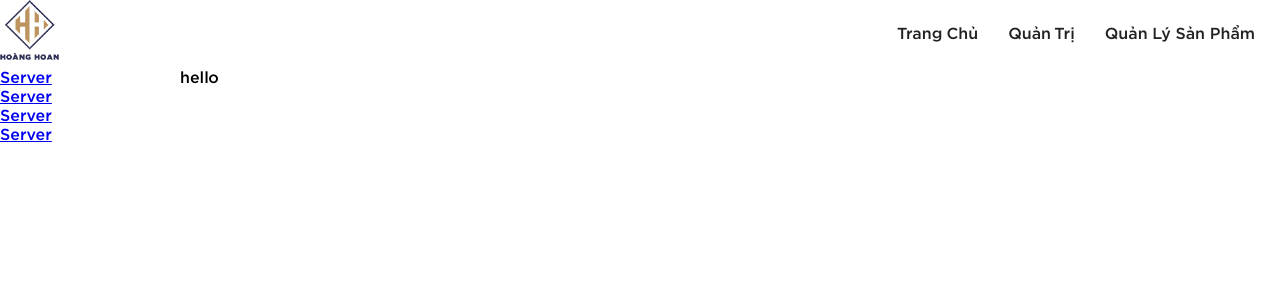
Repository: LDDUNG2003/prj_2
Page: /adminLocal
An editor plug-in stored every save of this project. The page is shown before and after the next save, followed by the edit.
The browser window is 1280 px wide. The pictures show the whole page.
The project was rebuilt for these pictures with package versions that can differ from the ones it lists, and the page was loaded fresh each time. Also part of the build but not shown: src/layouts/header/itemsHeader/index.js, src/layouts/header/loginHeader/index.js, src/layouts/header/index.js, src/layouts/footer/index.js, src/layouts/defaultLayout/index.js, src/font-awesome/index.js, src/pages/home/setProductSlick/index.js, src/pages/home/index.js and 9 more.

Above is the page before, as saved 2023-10-02 15:43:32.

### public/index.html
<!doctype html>
<html lang="en">
  <head>
    <meta charset="utf-8">
    <meta name="viewport" content="width=device-width, initial-scale=1">
    <link rel="shortcut icon" href="./img/logo.png">
    <link rel="preconnect" href="https://fonts.googleapis.com">
    <link rel="preconnect" href="https://fonts.gstatic.com" crossorigin>
    <link href="https://fonts.googleapis.com/css2?family=Roboto:ital,wght@0,100;0,300;0,400;0,500;1,100;1,400;1,500;1,700;1,900&display=swap" rel="stylesheet">
    <title>Nội Thất Hoàng Hoan</title>
  </head>
  <body>
    <div id="root"></div>
  </body>
</html>

### src/index.js
import React from 'react';
import ReactDOM from 'react-dom';
import App from './App';
import './index.css';

const root = ReactDOM.createRoot(document.getElementById('root'));
root.render(
  <React.StrictMode>
    <App />
  </React.StrictMode>,
);

### src/App.js
import React, { Component, Fragment } from 'react';
import { BrowserRouter as Router , Routes, Route } from 'react-router-dom';
import defaultLayout from './layouts/defaultLayout';
import AdminLayout from './layouts/AdminLayout';
import { publicRoute } from './routes';
import "slick-carousel/slick/slick.css";
import "slick-carousel/slick/slick-theme.css";
import './styles/css/responsive.css';

class App extends Component {
  render() {
    return (
      <Router>
        <div className="App">
        <Routes>
          {publicRoute.map((route ,index) => {
              const Page = route.component
              let Layout
              if(route.layout === 'notlayout'){
                Layout = Fragment
              }else if(route.layout === 'adminLayout'){
                Layout = AdminLayout
              }
              else{
                Layout = defaultLayout
              }
              return (<Route
                key={index}
                path={route.path}
                element={
                <Layout>
                    <Page/>
                  </Layout>
                }/>);
            })}
        </Routes>
        </div>
      </Router>
    );
  }
}

export default App;

### src/index.css
@font-face {
    font-family: "Gotham-Medium";
    src: url(./styles/front/Gotham-Medium.otf);
}

@font-face {
    font-family: "Gotham-Thin";
    src: url(./styles/front/Gotham-Thin.otf);
}

@font-face {
    font-family: "Gotham-Ultra";
    src: url(./styles/front/Gotham-Ultra.otf);
}

### src/layouts/AdminLayout/index.js
import Header from './Header'
import AdminMenu from './AdminMenu';

function AdminLayout({children}) {
    return (
       <>
       <Header/>
       <div className="admin-content">
        <AdminMenu/><div className="content-admin">
          {children}
        </div>
       </div>
       </>
     );
}

export default AdminLayout;

### src/routes/index.js
import Home from '~/pages/home'
import News from '~/pages/news'
import Contact from '~/pages/contact'
import page404 from '~/pages/notfoud'
import Login from '~/pages/login'
import AdminLocal from '~/pages/adminPage'
import Upload from '~/pages/adminPage/upLoad'
import LocaPage from '~/pages/adminPage/pageLocal'


const publicRoute = [
    {path: '/',component: Home},
    {path: '/news',component: News},
    {path: '/contact',component: Contact},
    {path: '/*',component: page404, layout: 'notlayout'},
    {path: '/login',component: Login,layout: 'notlayout'},
    {path: '/adminLocal',component:AdminLocal,layout: 'adminLayout'},
    {path: '/AdminUpLoad',component:Upload , layout: 'adminLayout'},
    {path: '/pageLocalAdmin',component:LocaPage, layout: 'adminLayout'}
]

const AdminRoute = [
]

export  { AdminRoute, publicRoute}

### src/styles/css/responsive.css
@media (min-width:767px) {
    #mobileMenu {
        display: none;
    }
}

@media (max-width: 767px) {
    #root {
        margin: 0px 5px;
    }
    #mobileMenu {
        display: block;
        text-align: center;
    }
    .logo--block {
        width: 100%;
        display: flex;
        align-items: center;
        justify-content: space-between;
    }
    .navBar {
        display: block;
        height: auto;
    }
    .choose-item {
        width: 100%;
    }
    .menu-mobile {
        width: 40px;
        height: 40px;
        padding: 10px;
        border: 0px;
        background-color: var(--primary-color);
    }
    .news--item-container {
        font-size: 11px;
    }
    .content--title::before {
        display: none;
    }
    .new--item-heading {
        font-size: 14px;
    }
    .navBar__list {
        display: none;
        width: 100%;
    }
    .navBar__list-item {
        padding: 4px;
        border-bottom: 2px solid #ccc;
    }
    .about__us {
        background: none;
    }
    .about__us::before {
        background: none;
    }
    .content__focut {
        position: static;
    }
    .focut--item {
        width: 50%;
    }
    .content__banner {
        width: 100%;
    }
    .banner--content {
        display: none;
    }
    .slick-prev:before,
    .slick-next:before {
        display: none;
    }
    .about--background {
        display: none;
    }
    .about__us-bag {
        position: static;
    }
    .about--block {
        display: block;
    }
    .about--content {
        width: 100%;
        color: var(--text-color);
    }
    .about--content img {
        width: 100%;
    }
    .content--title {
        color: var(--text-color);
    }
    .news--contain {
        display: block;
    }
    .mobile-display {
        display: none;
    }
    .news--contain--item {
        width: 100%;
    }
    .news--list-item {
        width: 100%;
        overflow: hidden;
    }
    .news--list-item img {
        height: 100%;
    }
    .partner--list {
        flex-wrap: wrap;
    }
    .partner--item {
        width: 50%;
    }
    .content--contact {
        display: none;
    }
    .footer__lable {
        display: block;
    }
    .footer--list {
        width: 100%;
        padding: 10px 0px;
    }
    .footer--list-item {
        width: 100%;
        padding: 5px 0px;
    }
    /* news responsive */
    .news--content-list {
        margin: 0px 20px;
    }
    .news--content-item {
        width: 100%;
    }
    .featured--list {
        width: 100%;
        margin: 10px;
        flex-wrap: wrap;
    }
    .featured--item {
        width: 100%;
    }
}

### src/styles/css/base.css
* {
    padding: 0px;
    margin: 0px;
    font-family: "Gotham-Medium";
    text-align: justify;
}

:root {
    --primary-color: #bd945f;
    --text-color: #222222;
}


/* font setting */

.App {
    width: 100%;
    overflow: hidden;
    background-color: #fff;
}

.main {
    width: 100%;
}

.header {
    padding: 10px 0px;
    margin: auto;
    width: 100%;
    max-width: 1200px;
}

.navBar {
    display: flex;
    width: 100%;
    justify-content: space-between;
}

.logo {
    height: 60px;
}

.navBar__list {
    display: flex;
    list-style: none;
    align-items: center;
}

.navBar__list-item {
    margin: 0 10px;
    position: relative;
}

.navBar__list--link {
    text-transform: uppercase;
    font-size: 16px;
    color: var(--text-color);
    text-decoration: none;
}

.navBar__list-item::before {
    content: '';
    background-color: var(--primary-color);
    display: block;
    height: 4px;
    margin-top: 7px;
    width: 0px;
    top: 75%;
    position: absolute;
    transition: 0.3s;
    z-index: 1;
}

.Login--navBar {
    list-style: none;
    position: absolute;
    z-index: 1;
    width: 240px;
    background-color: #fff;
    padding: 15px;
    right: 0px;
    top: 150%;
    border-radius: 5px;
    border: solid 1px #ccc;
    display: none;
}

.Login--navBar::after {
    content: '';
    width: 120px;
    display: block;
    height: 9px;
    position: absolute;
    top: -9px;
    right: 0px;
}

.navBar__list-item:hover .Login--navBar {
    display: block;
}

.Login__list-item {
    padding: 4px 0px;
}

.select--item::before {
    content: '';
    background-color: var(--primary-color);
    display: block;
    height: 4px;
    margin-top: 7px;
    width: 65px;
    top: 75%;
    position: absolute;
    z-index: 1;
}

.navBar__list-item:hover::before {
    width: 65px;
}

.featured--content {
    padding-top: 10px;
    text-align: center;
}

.featured-name {
    display: contents;
    font-size: 18px;
    text-transform: capitalize;
}

.evaluate--list {
    list-style: none;
    display: flex;
    justify-content: center;
}

.evaluate--list li {
    padding: 5px;
    margin: 0;
}

.note-product {}

.content--title {
    font-size: 32px;
    padding: 50px 0px;
    text-align: center;
    position: relative;
    text-transform: uppercase;
}

.content--title::before {
    content: '';
    background-color: var(--primary-color);
    width: 90px;
    height: 9px;
    position: absolute;
    top: 70%;
    right: 47%;
}

.content__featured {
    width: 100%;
    max-width: 1200px;
    margin: auto;
    padding-bottom: 30px;
}

.featured--list {
    width: 100%;
    list-style: none;
    display: flex;
    text-align: center;
}

.featured--item {}

.featured--img {
    width: 80%;
    margin: auto;
}

.price-product {
    text-align: center;
    padding: 7px 0px;
    font-weight: 800;
    font-size: 16px;
}

.slick-prev:before,
.slick-next:before {
    color: var(--primary-color) !important;
    width: 15px;
    display: inline-block;
}

.footer {
    padding: 20px 0px;
    background-color: black;
}

.footer__lable {
    max-width: 1200px;
    margin: auto;
    display: flex;
    width: 100%;
    justify-content: space-around;
    color: #fff;
    justify-content: space-between;
}

.footer--list {
    list-style: none;
    width: 32%;
}

.footer--list-item {
    font-size: 16px;
    padding-top: 8px;
    text-transform: capitalize;
    font-family: initial;
}

.footer--list-heading {
    font-size: 18px;
    font-weight: 300;
    text-transform: uppercase;
    position: relative;
    padding-bottom: 0px;
    font-family: 'Gotham-Medium';
}

.footer--list-heading::after {
    content: '';
    background-color: var(--primary-color);
    width: 110px;
    padding-top: 6px;
    position: absolute;
    left: 0px;
    bottom: -8px;
}

.footer--inheri {
    text-transform: uppercase;
    font-weight: 600;
    font-size: 18px;
}

.footer--list-contact {
    display: flex;
    list-style: none;
}

.fooder--list-contact-item {
    width: 16px;
    padding: 5px;
}

### src/layouts/AdminLayout/Header/index.js
import { Link } from "react-router-dom";
import Logo from "~/logo.png"
import '../styles/index.css'
function Header() {
    return (
        <nav className="admin_laybel">
            <Link to="/"><img className="logo" src={Logo} alt="" /></Link>
            <ul className="admin-List">
                <li className='Admin-item'><Link className="admin-Link" to='/'>Trang Chủ</Link></li>
                <li className='Admin-item'><Link className="admin-Link" to="/pageLocalAdmin">Quản Trị</Link></li>
                <li className='Admin-item'><Link className="admin-Link" to='/ProductManagement'> Quản lý Sản phẩm</Link></li>

            </ul>
        </nav>
     );
}

export default Header;

### src/layouts/AdminLayout/AdminMenu/index.js
import { Link } from "react-router-dom";

function AdminMenu() {
    return (
        <nav className="Menu-Admin">
            <ul className="Menu-List">
                <li className="Menu-List--item"><Link to='/'>Server</Link></li>
                <li className="Menu-List--item"><Link to='/'>Server</Link></li>
                <li className="Menu-List--item"><Link to='/'>Server</Link></li>
                <li className="Menu-List--item"><Link to='/'>Server</Link></li>
            </ul>
        </nav>
    );
}

export default AdminMenu;

### src/pages/adminPage/index.js
import { Link } from "react-router-dom";

function AdminLocal() {
    function Redirect() {
        window.location="http://localhost:3000/";
     }

    var adminAccount = true;
    if(adminAccount) {
        return (
            <div className="content">hello</div>
        );
    }else{
        Redirect()
        console.log("null admin accound")
    }
}

export default AdminLocal;

### src/layouts/AdminLayout/styles/index.css
.admin_laybel {
    display: flex;
    width: 100%;
    max-width: 1300px;
    justify-content: space-between;
    margin: auto;
}

.admin-List {
    display: flex;
    padding: 10px;
    list-style: none;
}

.Admin-item {
    padding: 15px;
}

.admin-Link {
    font-size: 1rem;
    color: var(--text-color);
    text-decoration: none;
    text-transform: capitalize;
}

.admin-content {
    display: flex;
    width: 100%;
    max-width: 1300px;
    margin: auto;
}

.Menu-Admin {
    width: 180px;
    height: 100%;
}

.Menu-List {
    list-style: none;
}

### src/pages/notfoud/index.css
* {
    -webkit-box-sizing: border-box;
    box-sizing: border-box;
}

body {
    padding: 0;
    margin: 0;
}

#notfound {
    position: relative;
    height: 100vh;
}

#notfound .notfound {
    position: absolute;
    left: 50%;
    top: 50%;
    -webkit-transform: translate(-50%, -50%);
    -ms-transform: translate(-50%, -50%);
    transform: translate(-50%, -50%);
}

.notfound {
    max-width: 520px;
    width: 100%;
    line-height: 1.4;
    text-align: center;
}

.notfound .notfound-404 {
    position: relative;
    height: 200px;
    margin: 0px auto 20px;
    z-index: -1;
}

.notfound .notfound-404 h1 {
    font-family: 'Montserrat', sans-serif;
    font-size: 236px;
    font-weight: 200;
    margin: 0px;
    color: #211b19;
    text-transform: uppercase;
    position: absolute;
    left: 50%;
    top: 50%;
    -webkit-transform: translate(-50%, -50%);
    -ms-transform: translate(-50%, -50%);
    transform: translate(-50%, -50%);
}

.notfound .notfound-404 h2 {
    font-family: 'Montserrat', sans-serif;
    font-size: 28px;
    font-weight: 400;
    text-transform: uppercase;
    color: #211b19;
    background: #fff;
    padding: 10px 5px;
    margin: auto;
    display: inline-block;
    position: absolute;
    bottom: 0px;
    left: 0;
    right: 0;
}

.notfound a {
    font-family: 'Montserrat', sans-serif;
    display: inline-block;
    font-weight: 700;
    text-decoration: none;
    color: #fff;
    text-transform: uppercase;
    padding: 13px 23px;
    background: #ff6300;
    font-size: 18px;
    -webkit-transition: 0.2s all;
    transition: 0.2s all;
}

.notfound a:hover {
    color: #ff6300;
    background: #211b19;
}

@media only screen and (max-width: 767px) {
    .notfound .notfound-404 h1 {
        font-size: 148px;
    }
}

@media only screen and (max-width: 480px) {
    .notfound .notfound-404 {
        height: 148px;
        margin: 0px auto 10px;
    }
    .notfound .notfound-404 h1 {
        font-size: 86px;
    }
    .notfound .notfound-404 h2 {
        font-size: 16px;
    }
    .notfound a {
        padding: 7px 15px;
        font-size: 14px;
    }
}

### src/styles/css/login.css
.login-page {
    width: 100%;
    height: 100%;
    padding: auto;
    padding: 10% 0 10% 0;
    margin: auto;
    background-color: #87c98b;
}

.form {
    position: relative;
    z-index: 1;
    background: #ffffff;
    max-width: 360px;
    margin: 0 auto 100px;
    padding: 45px;
    text-align: center;
    box-shadow: 0 0 20px 0 rgba(0, 0, 0, 0.2), 0 5px 5px 0 rgba(0, 0, 0, 0.24);
}

.form input {
    font-family: "Roboto", sans-serif;
    outline: 0;
    background: #f2f2f2;
    width: 100%;
    border: 0;
    margin: 0 0 15px;
    padding: 15px;
    box-sizing: border-box;
    font-size: 14px;
}

.form button {
    font-family: "Roboto", sans-serif;
    text-transform: uppercase;
    outline: 0;
    background: #4CAF50;
    width: 100%;
    border: 0;
    padding: 15px;
    color: #FFFFFF;
    font-size: 14px;
    -webkit-transition: all 0.3 ease;
    transition: all 0.3 ease;
    cursor: pointer;
}

.form button:hover,
.form button:active,
.form button:focus {
    background: #43A047;
}

.form .message {
    margin: 15px 0 0;
    color: #b3b3b3;
    font-size: 12px;
}

.form .message a {
    color: #4CAF50;
    text-decoration: none;
}

.form .register-form {
    display: none;
}

.container {
    position: relative;
    z-index: 1;
    max-width: 300px;
    margin: 0 auto;
}

.container:before,
.container:after {
    content: "";
    display: block;
    clear: both;
}

.container .info {
    margin: 50px auto;
    text-align: center;
}

.container .info h1 {
    margin: 0 0 15px;
    padding: 0;
    font-size: 36px;
    font-weight: 300;
    color: #1a1a1a;
}

.container .info span {
    color: #4d4d4d;
    font-size: 12px;
}

.container .info span a {
    color: #000000;
    text-decoration: none;
}

.container .info span .fa {
    color: #EF3B3A;
}

body {
    /* background: #76b852; */
    /* fallback for old browsers */
    /* background: rgb(141, 194, 111);
    background: linear-gradient(90deg, rgba(141, 194, 111, 1) 0%, rgba(118, 184, 82, 1) 50%); */
    font-family: "Roboto", sans-serif;
    -webkit-font-smoothing: antialiased;
    -moz-osx-font-smoothing: grayscale;
}

### src/styles/css/home.css
.content {
    width: 100%;
    /* max-width: 1500px; */
    margin: auto;
}

.content__banner {
    width: 100%;
    position: relative;
}

.content--list-image {
    width: 100%;
    max-width: 1500px;
    margin: auto;
}

.content--image {
    width: 100%;
}

.banner--content {
    position: absolute;
    top: 10%;
    left: 15%;
}

.banner--content-text-title {
    text-transform: uppercase;
    font-family: 800;
    font-family: "gotham-utral";
    font-size: 25px;
}

.banner--content-text {
    font-size: 18px;
    color: var(--text-color);
    width: 420px;
}

.banner--button {
    padding: 20px;
    color: aliceblue;
    background-color: var(--primary-color);
    border: none;
    font-family: "gotham-utral";
    font-size: 18px;
    cursor: pointer;
}

.content__focut {
    position: relative;
    background-color: #ffffff;
    top: -60px;
    max-width: 1200px;
    width: 100%;
    margin: auto;
}

.focut--list {
    margin: auto;
    display: flex;
    width: 100%;
    list-style: none;
    flex-wrap: wrap;
}

.focut--item {
    width: 25%;
    text-align: center;
}

.focut--img {
    width: 100%;
}

.focut--text {
    text-align: center;
    font-size: 23px;
}

.content__featured {
    width: 100%;
    max-width: 1200px;
    margin: auto;
    padding-bottom: 30px;
}

.featured--list {
    width: 100%;
    list-style: none;
    display: flex;
    text-align: center;
}

.featured--item {
    width: 24%;
}

.featured--img {
    width: 80%;
    margin: auto;
}

.about__us {
    position: relative;
    width: 100%;
    max-width: 1500px;
    margin: auto;
    padding: 20px 0px;
    background-image: url("../img/bg-about-us.jpg");
    display: flex;
    justify-content: center;
}

.about__us::before {
    content: "";
    position: absolute;
    width: 100%;
    height: 100%;
    background-color: black;
    opacity: 0.5;
    z-index: 0;
    top: 0px;
    display: block;
}

.about__us-bag {
    top: 0px;
    width: 100%;
    max-width: 1200px;
    left: 10%;
    color: #ffffff;
    z-index: 1;
}

.about__content {
    width: 100%;
}

.about--block {
    display: flex;
    justify-content: space-between;
}

.about--content {
    width: 47%;
}

.about--content--title {
    font-size: 23px;
}

.about--text--list {
    font-size: 16px;
    padding: 10px 0px;
}

.about--text {
    padding: 10px 0px;
}

.about--list {
    list-style: none;
    display: flex;
}

.about--item {
    width: 20%;
    padding: 4px;
}

.about--img {
    width: 100%;
}

.choose__choose {
    width: 100%;
}

.choose--list {
    list-style: none;
    display: flex;
    flex-wrap: wrap;
    justify-content: space-between;
}

.choose--item {
    align-items: center;
    margin: 5px 0px;
    width: 48%;
    display: flex;
    background-color: #ffffff;
}

.choose--content-title {
    color: var(--primary-color);
    font-size: 23px;
    text-transform: uppercase;
    font-weight: 800;
}

.choose--text {
    font-weight: 700;
    font-size: 16px;
    padding: 5px 0px;
    color: var(--text-color);
}

.news {
    margin: auto;
    width: 100%;
    max-width: 1500px;
}

.content--title {}

.news--contain {
    margin: auto;
    display: flex;
    width: 100%;
    justify-content: space-between;
}

.news--contain--item {
    width: 48%;
    position: relative;
}

.impotant--grd {
    height: 460px;
    width: 100%;
}

.news-contain-impotant {
    margin-right: 10px;
    position: absolute;
    bottom: 0;
    height: 30%;
    background-color: var(--primary-color);
    padding: 20px 10px;
    width: 100%;
}

.news--impotant-heading {
    font-size: 23px;
    text-transform: uppercase;
    color: #ffffff;
}

.news--impotant-text {
    font-size: 16px;
}

.news--list {
    list-style: none;
}

.news--list-item {
    margin: 5px 0;
    display: flex;
    height: 105px;
}

.new--item-heading {
    font-size: 21px;
    text-transform: capitalize;
}

.news--item-container {
    font-size: 16px;
    margin: 5px;
    font-weight: 100;
    text-align: justify;
}

.news--impotant-text {
    margin: 0px;
}

.partner--contain {}

.partner--list {
    display: flex;
    list-style: none;
    flex-wrap: wrap;
    width: 100%;
    /* setup max width  */
    max-width: 1200px;
    margin: auto;
}

.partner--item {
    /* setup width calc 100/7 */
    width: calc(100% / 7);
    /* width: calc(100%/7%); */
}

.content--contact {
    width: 100%;
    margin: auto;
    max-width: 1600px;
    position: relative;
    box-sizing: border-box;
}

.contact--contain {
    height: 100%;
}

.contact-bg {
    width: 100%;
    height: 100%;
}

.contact-contain {}

.contact-image {
    position: absolute;
    display: none;
}

After the next save:
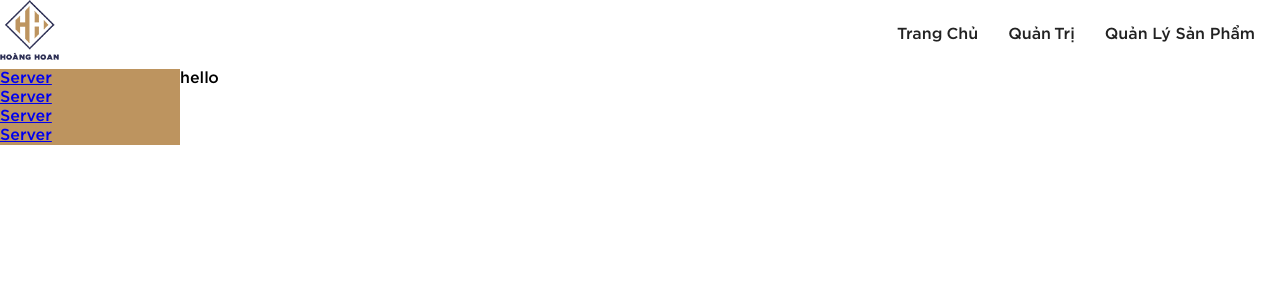
Saved 15 s later.
--- a/src/layouts/AdminLayout/styles/index.css
+++ b/src/layouts/AdminLayout/styles/index.css
@@ -33,6 +33,7 @@
 .Menu-Admin {
     width: 180px;
     height: 100%;
+    background-color: var(--primary-color);
 }
 
 .Menu-List {
